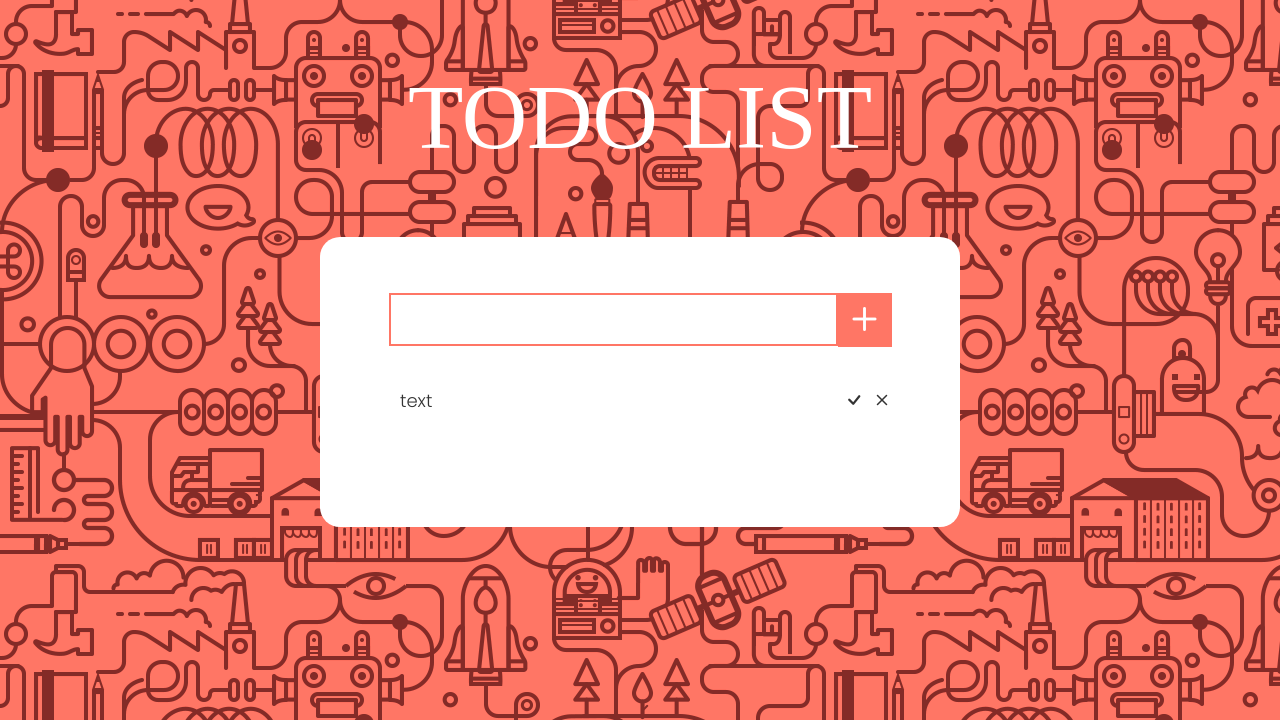
Repository: zum281/todo-list
Page: index.html
These files come from the project's save history. The page is drawn as it stood at one moment and after a run of saves; the edit follows.
The browser window is 1280 px wide. The pictures show the whole page.
Some web fonts or font styles are not loaded; a fallback is used. Some web libraries are served in a nearby version. The style sheet was rebuilt from its Sass, Less or Tailwind sources for each picture, by a compiler version that may differ from the author's.

Above is the page before, as saved 2021-03-05 17:10:42.

### index.html
<!DOCTYPE html>
<html lang="en">

    <head>
        <meta charset="UTF-8">
        <meta http-equiv="X-UA-Compatible" content="IE=edge">
        <meta name="viewport" content="width=device-width, initial-scale=1.0">

        <!-- Bootstrap CSS -->
        <link href="https://cdn.jsdelivr.net/npm/bootstrap@5.0.0-beta2/dist/css/bootstrap.min.css" rel="stylesheet"
            integrity="sha384-BmbxuPwQa2lc/FVzBcNJ7UAyJxM6wuqIj61tLrc4wSX0szH/Ev+nYRRuWlolflfl" crossorigin="anonymous">
        <!-- Option 1: Bootstrap Bundle with Popper -->
        <script src="https://cdn.jsdelivr.net/npm/bootstrap@5.0.0-beta2/dist/js/bootstrap.bundle.min.js"
            integrity="sha384-b5kHyXgcpbZJO/tY9Ul7kGkf1S0CWuKcCD38l8YkeH8z8QjE0GmW1gYU5S9FOnJ0" crossorigin="anonymous">
        </script>
        <link rel="stylesheet" href="https://cdn.jsdelivr.net/npm/bootstrap-icons@1.4.0/font/bootstrap-icons.css">
        <!--Jquery-->
        <script src="https://code.jquery.com/jquery-3.6.0.min.js"
            integrity="sha256-/xUj+3OJU5yExlq6GSYGSHk7tPXikynS7ogEvDej/m4=" crossorigin="anonymous"></script>

        <link rel="stylesheet" href="css/main.css">
        <title>Todo List</title>
    </head>

    <body>
        <h1 class="title">TODO LIST</h1>
        <div class="container main">
            <div class="add-todo-box">
                <input type="text" name="add-todo" id="add-todo">
                <div class="icon"><i class="bi bi-plus"></i></div>
            </div>
            <div class="todo-list-container">
                <ul class="todo-list">

                    <li class="todo-item"><span class="todo-text">text</span>
                        <div class="icons">
                            <div class="icon"><i class="bi bi-check"></i></div>
                            <div class="icon"><i class="bi bi-x"></i></div>
                        </div>
                    </li>

                </ul>
            </div>
        </div>
        <script src="js/main.js"></script>
    </body>

</html>

### sass/main.scss
@import url("https://fonts.googleapis.com/css2?family=Poppins:wght@300;400;500;600;700&display=swap");
@import url("https://fonts.googleapis.com/css2?family=Chelsea+Market&display=swap");

* {
    margin: 0;
    padding: 0;
    box-sizing: border-box;
}

body {
    font-weight: 300;
    font-family: "Poppins";
    background: url("/assets/science.png");
    //background-color: #f0f0f0;
    background-repeat: repeat;
    color: #333333;
}

.title {
    font-family: "Chelsea Market";
    text-align: center;
    font-size: 68pt;
    color: #fff;
    margin: 4rem auto;
}

.main {
    min-width: 300px;
    display: flex;
    flex-direction: column;
    align-items: center;
    justify-content: space-between;
    margin-top: 1rem;
    padding: 2.5rem 1.5rem;
    max-width: 50%;
    border-radius: 20px;
    background-color: #fff;

    .add-todo-box {
        width: 100%;
        display: flex;
        align-items: center;
        justify-content: center;

        input {
            border: none;
            border: 2px solid #ff7665;
            line-height: 1;
            padding: 0.5rem;
            font-size: 16px;
            color: #333333;
            &:focus {
                outline: none;
            }
        }
        .icon {
            background-color: #ff7665;
            display: grid;
            place-items: center;
            width: 36px;
            height: 36px;
            color: #fff;
            cursor: pointer;

            i {
                font-size: 36px;
                line-height: 1;
            }
        }
    }
    .todo-list-container {
        //  display: none;
        padding: 2.5rem;
        width: 100%;

        ul {
            padding-left: 1rem;

            .todo-item {
                display: flex;
                align-items: center;
                justify-content: space-between;
                font-size: 18px;
                .icons {
                    display: flex;
                    .icon {
                        display: grid;
                        place-items: center;
                        width: 28px;
                        height: 28px;
                        i {
                            font-size: 24px;
                            line-height: 1;
                        }
                    }
                }
            }
        }
    }
}

@media screen and (min-width: 767px) {
    .main {
        min-width: 600px;
        padding: 3.5rem 1.5rem;

        .add-todo-box {
            input {
                font-size: 22px;
            }
            .icon {
                width: 54px;
                height: 54px;

                i {
                    font-size: 48px;
                }
            }
        }
        .todo-list-container {
            padding: 2.5rem;
            width: 100%;

            ul {
                padding-left: 1rem;

                .todo-item {
                    display: flex;
                    align-items: center;
                    justify-content: space-between;
                    font-size: 18px;
                    .icons {
                        display: flex;
                        .icon {
                            display: grid;
                            place-items: center;
                            width: 28px;
                            height: 28px;
                            i {
                                font-size: 24px;
                                line-height: 1;
                            }
                        }
                    }
                }
            }
        }
    }
}

Loaded but not shown: js/main.js (common file)

After the next 2 saves:
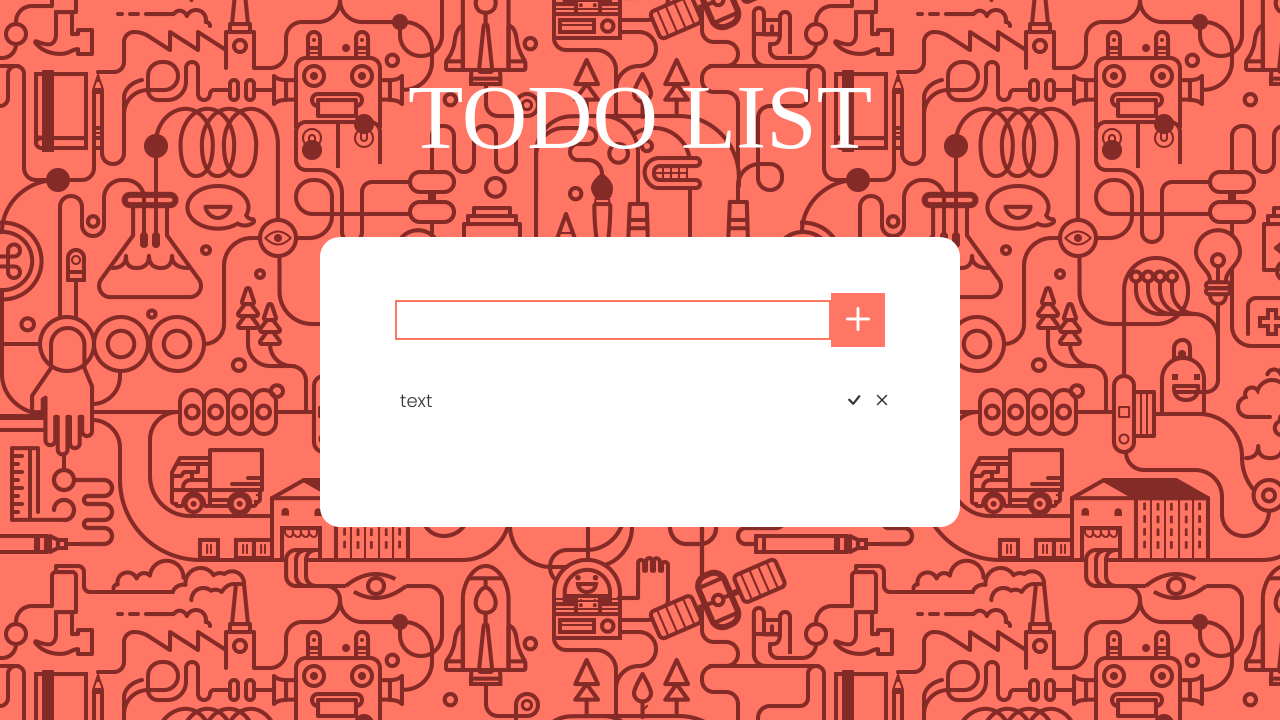
The 2 saves are shown as one change because they came seconds apart.
The last was saved 8 s later.
--- a/sass/main.scss
+++ b/sass/main.scss
@@ -46,7 +46,7 @@ body {
             border: none;
             border: 2px solid #ff7665;
             line-height: 1;
-            padding: 0.5rem;
+            padding: 0.1rem;
             font-size: 16px;
             color: #333333;
             &:focus {
